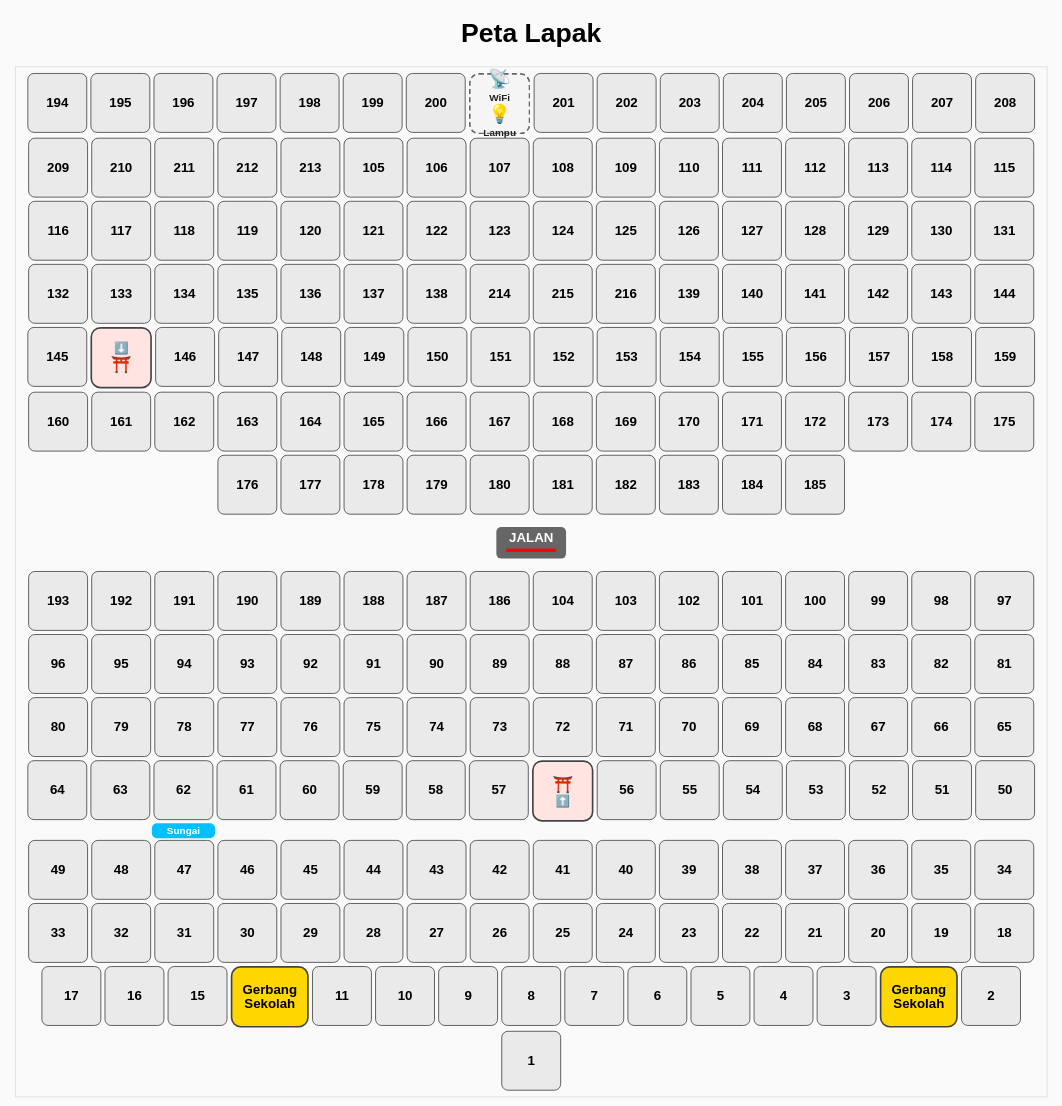
Repository: pasarrakyatbak/denah
Page: index.html
The author's editor kept a copy of each file at every save. The page is drawn from the files as they stood at one save, then again after the next save.
The browser window is 1280 px wide. The pictures show the whole page, at 83% of full size.

Above is the page before, as saved 2025-09-19 09:56:56.

After the next save:
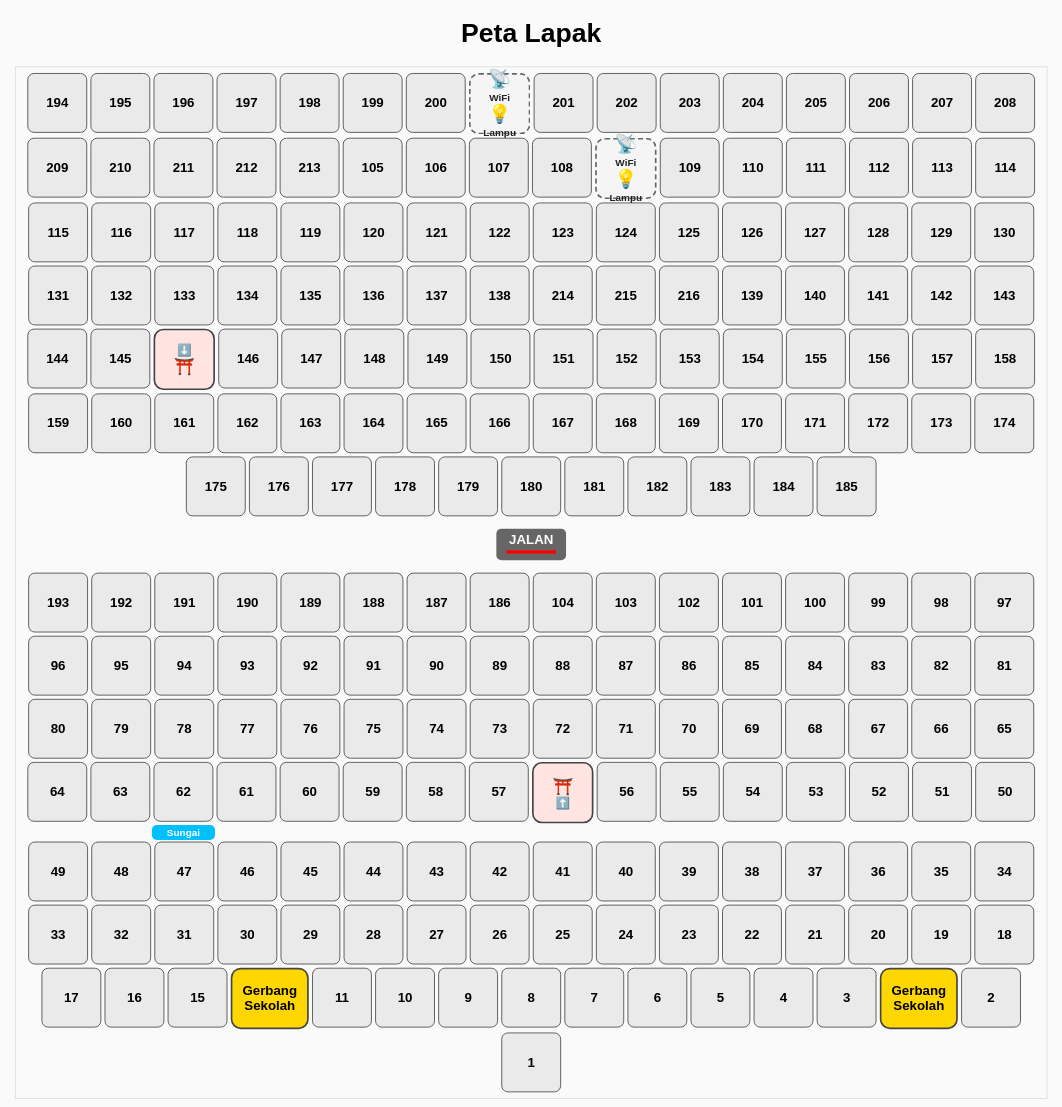
Saved 51 s later.
--- a/script.js
+++ b/script.js
@@ -30,7 +30,7 @@
 rightNumbers.forEach(n => rightSide.appendChild(makeLapak(n)));
 leftNumbers.slice().reverse().forEach(n => leftSide.appendChild(makeLapak(n)));
 
-// Fungsi gerbang
+// Gerbang di sisi kiri
 function insertGerbangBetween(parent, a, b, label = 'Gerbang Sekolah') {
     const children = Array.from(parent.children);
     const idxA = children.findIndex(c => c.textContent == String(a));
@@ -46,7 +46,7 @@
 insertGerbangBetween(leftSide, 2, 3);
 insertGerbangBetween(leftSide, 11, 15);
 
-// Fungsi gapura lintas jalan
+// Fungsi buat gapura lintas jalan
 function insertGapuraLintasJalan(leftParent, rightParent, a, b) {
     const leftChildren = Array.from(leftParent.children);
     const rightChildren = Array.from(rightParent.children);
@@ -77,9 +77,11 @@
     connector.className = "gapura-connector";
     road.appendChild(connector);
 }
+
+// Tambah gapura lintas jalan
 insertGapuraLintasJalan(leftSide, rightSide, 57, 146);
 
-// Sungai di bawah lapak
+// Tambah sungai
 function placeSungaiBelowLapak(parent, targetNum) {
     const target = Array.from(parent.children)
         .find(c => c.textContent == String(targetNum));
@@ -96,7 +98,7 @@
 }
 placeSungaiBelowLapak(leftSide, 62);
 
-// Tiang wifi + lampu
+// === Tambah TIANG WIFI & LAMPU ===
 function insertTiangBetween(parent, a, b) {
     const children = Array.from(parent.children);
     const idxA = children.findIndex(c => c.textContent == String(a));
@@ -115,4 +117,6 @@
     parent.insertBefore(tiang, refNode);
 }
 
+// Tambah di antara 200-201 & 108-109
 insertTiangBetween(rightSide, 200, 201);
+insertTiangBetween(rightSide, 108, 109);

After the save that followed:
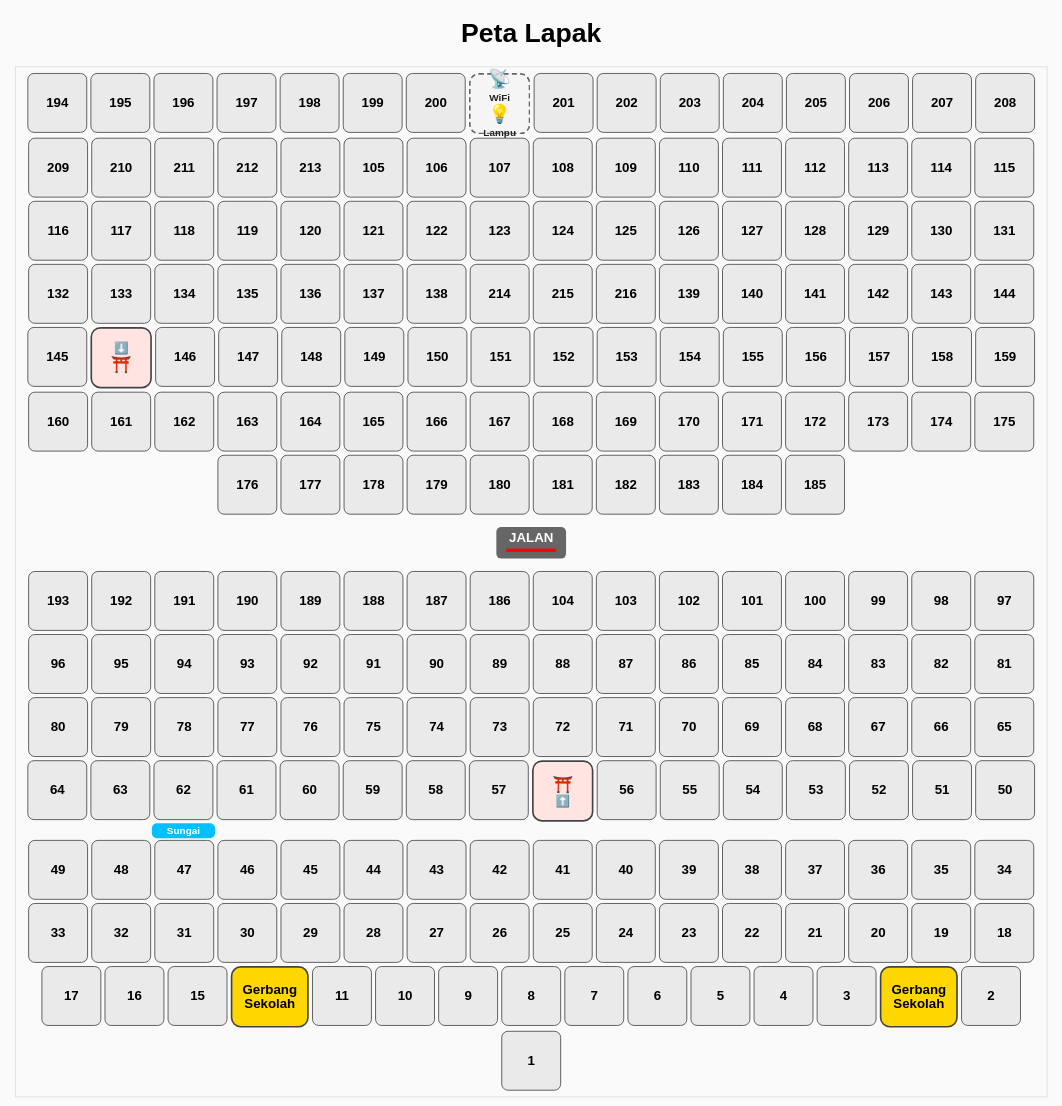
Saved 20 s later.
--- a/script.js
+++ b/script.js
@@ -30,7 +30,7 @@
 rightNumbers.forEach(n => rightSide.appendChild(makeLapak(n)));
 leftNumbers.slice().reverse().forEach(n => leftSide.appendChild(makeLapak(n)));
 
-// Gerbang di sisi kiri
+// Fungsi gerbang
 function insertGerbangBetween(parent, a, b, label = 'Gerbang Sekolah') {
     const children = Array.from(parent.children);
     const idxA = children.findIndex(c => c.textContent == String(a));
@@ -46,7 +46,7 @@
 insertGerbangBetween(leftSide, 2, 3);
 insertGerbangBetween(leftSide, 11, 15);
 
-// Fungsi buat gapura lintas jalan
+// Fungsi gapura lintas jalan
 function insertGapuraLintasJalan(leftParent, rightParent, a, b) {
     const leftChildren = Array.from(leftParent.children);
     const rightChildren = Array.from(rightParent.children);
@@ -77,11 +77,9 @@
     connector.className = "gapura-connector";
     road.appendChild(connector);
 }
-
-// Tambah gapura lintas jalan
 insertGapuraLintasJalan(leftSide, rightSide, 57, 146);
 
-// Tambah sungai
+// Sungai di bawah lapak
 function placeSungaiBelowLapak(parent, targetNum) {
     const target = Array.from(parent.children)
         .find(c => c.textContent == String(targetNum));
@@ -98,7 +96,7 @@
 }
 placeSungaiBelowLapak(leftSide, 62);
 
-// === Tambah TIANG WIFI & LAMPU ===
+// Tiang wifi + lampu
 function insertTiangBetween(parent, a, b) {
     const children = Array.from(parent.children);
     const idxA = children.findIndex(c => c.textContent == String(a));
@@ -117,6 +115,4 @@
     parent.insertBefore(tiang, refNode);
 }
 
-// Tambah di antara 200-201 & 108-109
 insertTiangBetween(rightSide, 200, 201);
-insertTiangBetween(rightSide, 108, 109);
